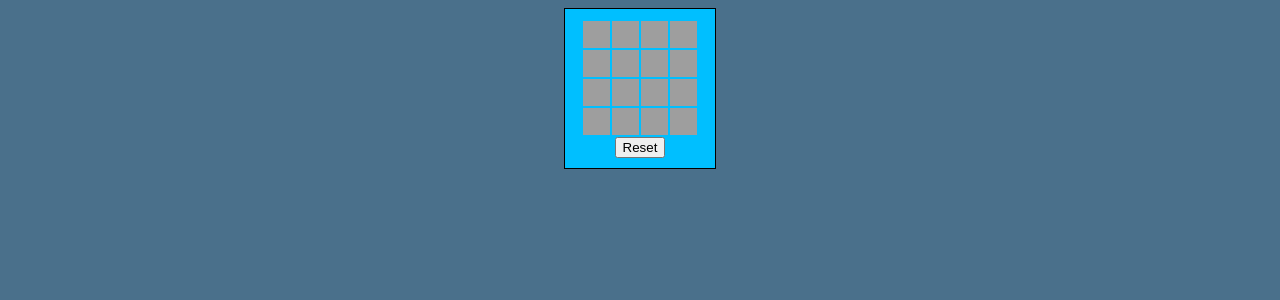
Repository: jn222rv/1dv403-laborationer
Page: 3-gameon/memory/index.html
The author's editor kept a record of every edit. The page is drawn from the files as they stood at one moment, then again after the next edit.
The browser window is 1280 px wide. The pictures show the whole page.
Pictures or frames that could not be fetched are drawn as grey boxes.

Above is the page before.

After the next edit:
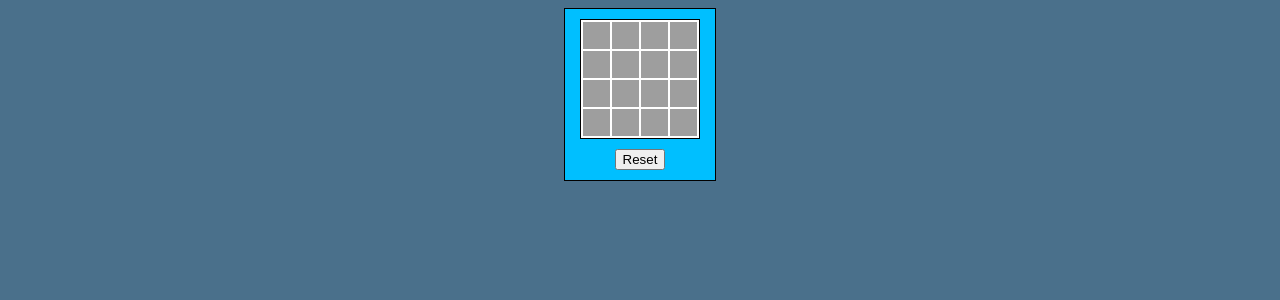
The edit:
--- a/3-gameon/memory/css/basic.css
+++ b/3-gameon/memory/css/basic.css
@@ -4,6 +4,9 @@
 
 table {
     margin:0px auto;
+    background-color:#FFFFFF;
+    margin-bottom:10px;
+    border:1px black solid;
 }
 
 #main {
